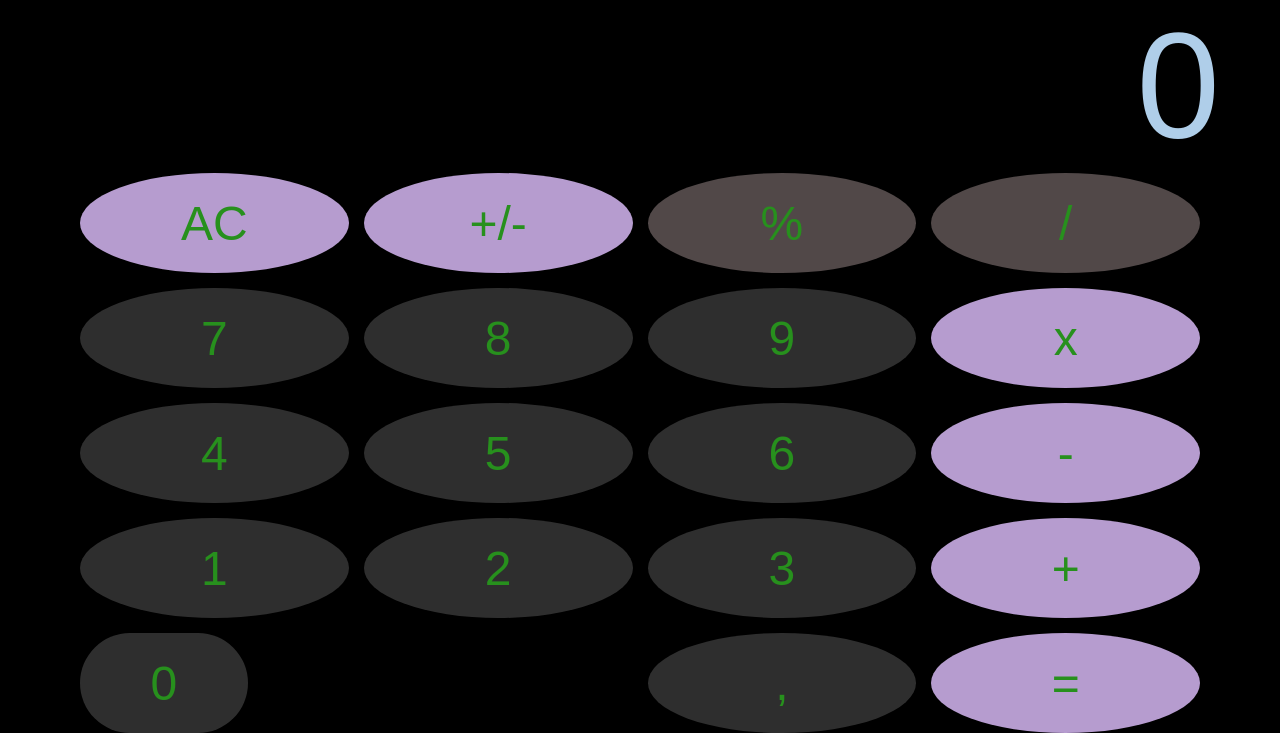
Repository: usalokiN/Web-calculator
Page: index.html
These files come from the project's save history. The page is drawn as it stood at one moment and after the next save; the edit follows.
The browser window is 1280 px wide. The pictures show the whole page.
After loading, the first visible `button.numbers` was clicked once.

Above is the page before, as saved 2022-10-06 15:36:33.

After the next save:
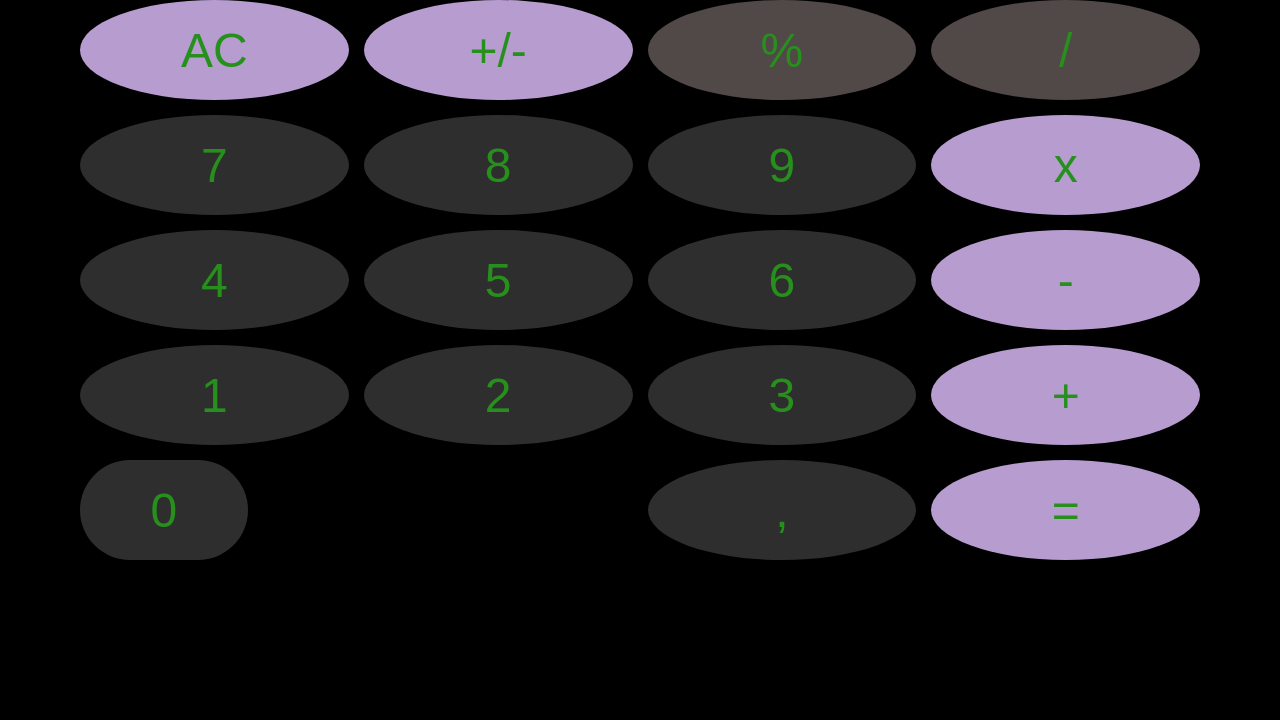
Saved 4 s later.
--- a/index.js
+++ b/index.js
@@ -21,7 +21,7 @@ for (let i = 0; i <numbers.length; i++) {
     });
 
     function getFirstValue (l) {
-        result.innerHTML
+        result.innerHTML = '';
     }
 
 }
